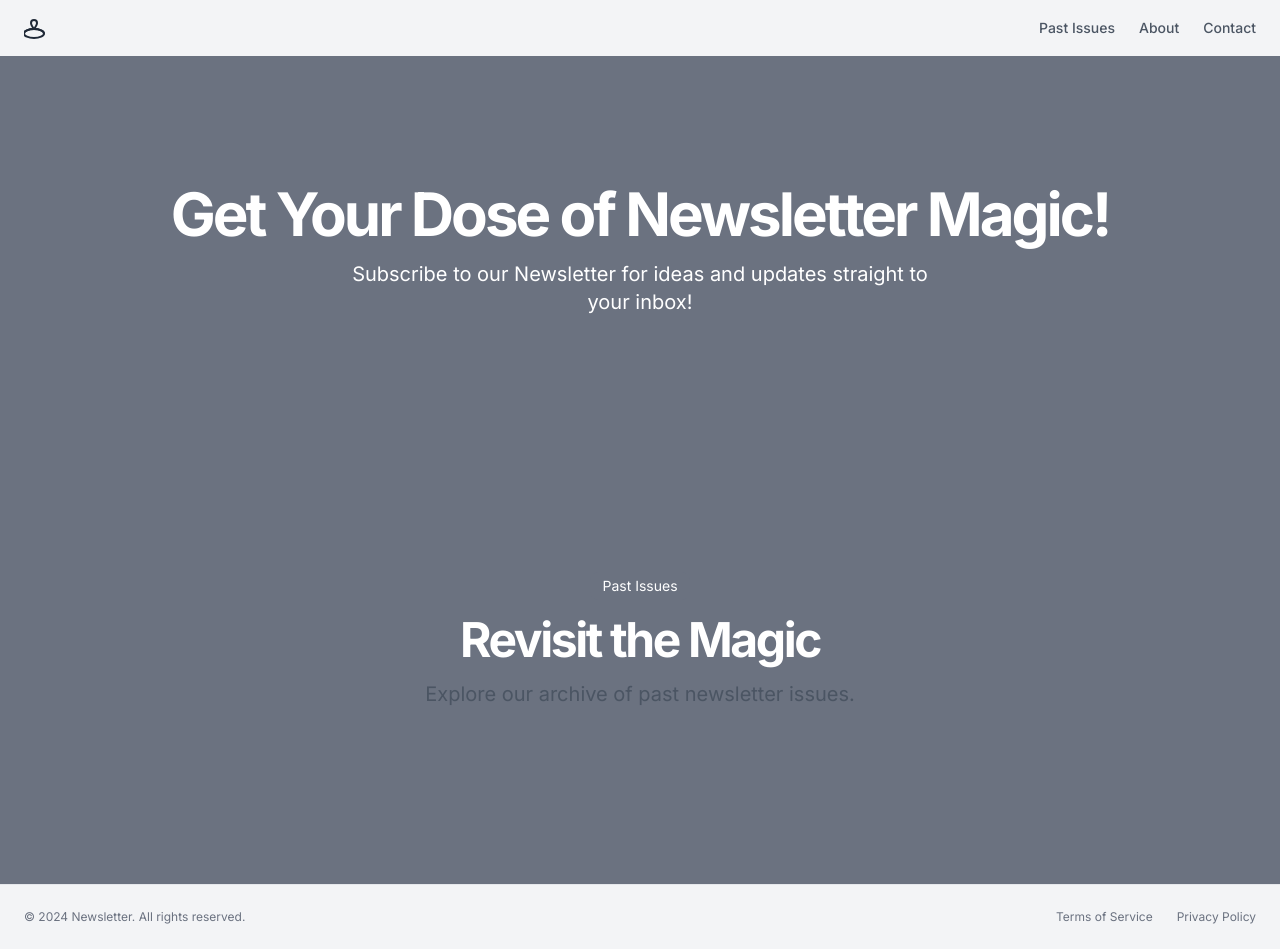
Repository: djdjdallas/unicorn-poop-newsletter
Page: /
An editor plug-in stored every save of this project. The page is shown before and after the next save, followed by the edit.
The browser window is 1280 px wide. The pictures show the whole page.
The page's requests for data from a server got no answer. The project was rebuilt for these pictures with package versions that can differ from the ones it lists, and the page was loaded fresh each time. The framework's server and built-in components were replaced by stand-ins that run in the browser. No one was signed in, and anything a server would have sent is missing. Also part of the build but not shown: next.config.mjs, src/lib/utils.js, src/components/ui/input.jsx, src/components/ui/button.jsx, src/components/ui/card.jsx.

Above is the page before, as saved 2024-08-10 11:07:51.

After the next save:
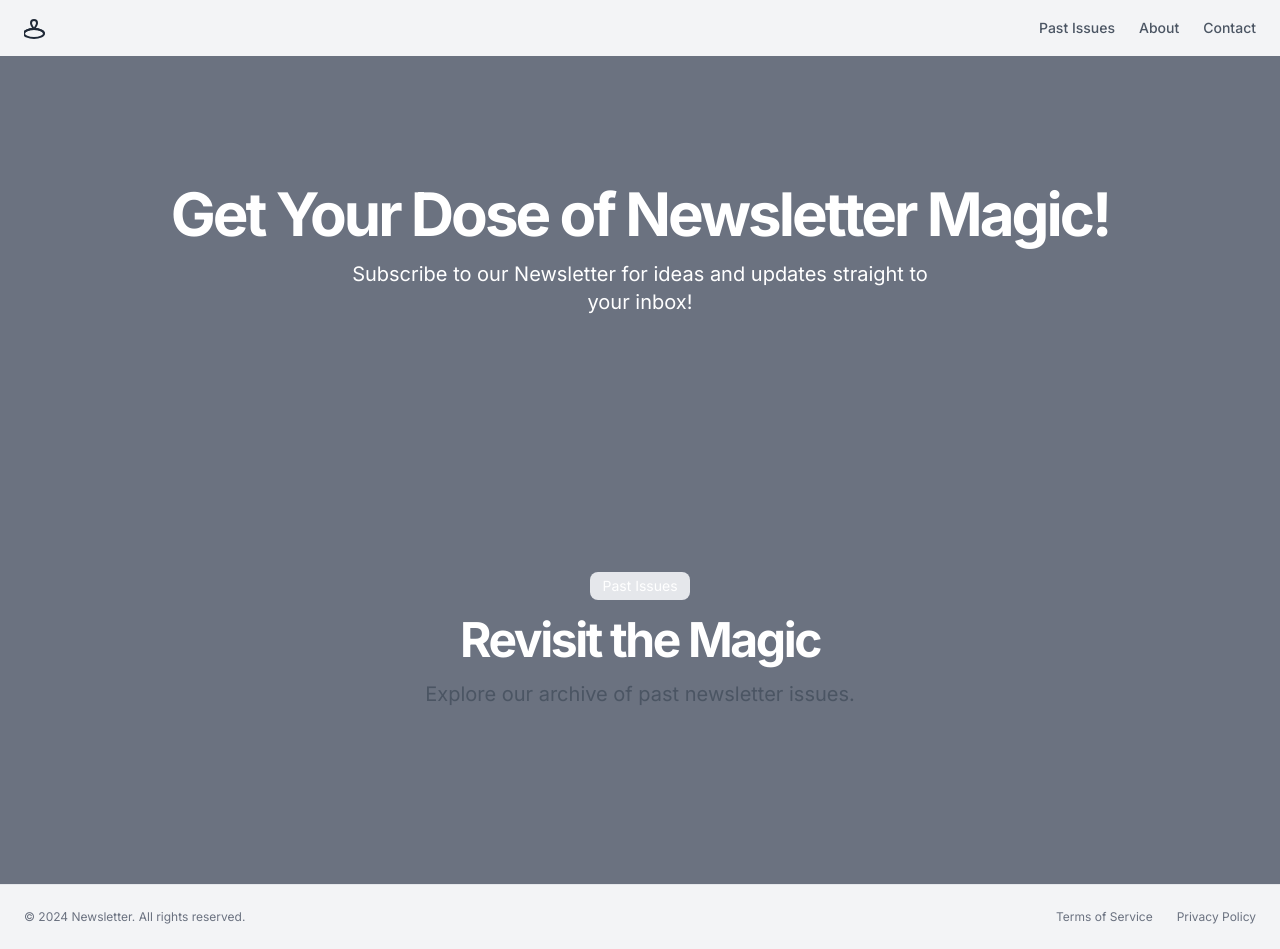
Saved 15 s later.
--- a/src/app/page.js
+++ b/src/app/page.js
@@ -130,7 +130,7 @@ export default async function Home() {
         >
           <div className="container px-4 md:px-6 space-y-8 lg:space-y-12">
             <div className="flex flex-col items-center justify-center text-center space-y-4">
-              <div className="inline-block rounded-lg bg-gray-500 px-3 py-1 text-sm text-white">
+              <div className="inline-block rounded-lg bg-gray-200 px-3 py-1 text-sm text-white">
                 Past Issues
               </div>
               <h2 className="text-3xl font-bold tracking-tighter sm:text-4xl md:text-5xl text-white">
